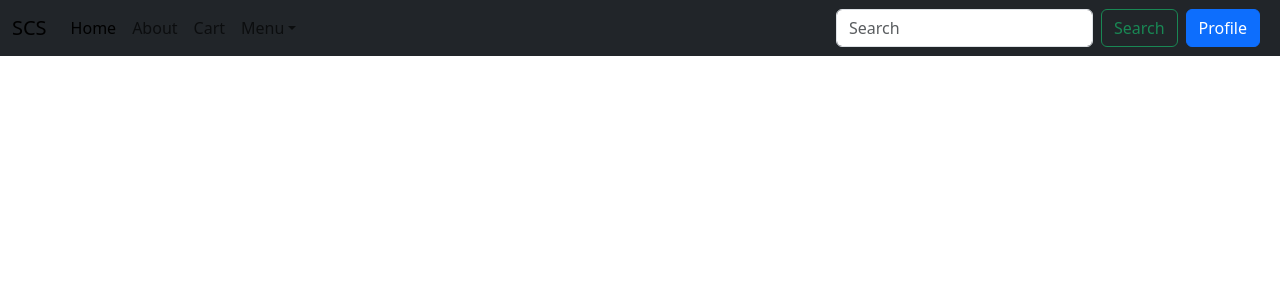
Repository: gitYash03/smart-canteen-system
Page: /
These files come from the project's save history. The page is drawn as it stood at one moment and after the next save; the edit follows.
The browser window is 1280 px wide. The pictures show the whole page.
The project was rebuilt for these pictures with package versions that can differ from the ones it lists, and the page was loaded fresh each time. Also part of the build but not shown: src/App.css.

Above is the page before, as saved 2023-08-09 12:54:04.

### public/index.html
<!DOCTYPE html>
<html lang="en">
  <head>
    <meta charset="utf-8" />
    <link rel="icon" href="%PUBLIC_URL%/favicon.ico" />
    <meta name="viewport" content="width=device-width, initial-scale=1" />
    <meta name="theme-color" content="#000000" />
    <meta
      name="description"
      content="Web site created using create-react-app"
    />
    <link rel="apple-touch-icon" href="%PUBLIC_URL%/logo192.png" />
    <!--
      manifest.json provides metadata used when your web app is installed on a
      user's mobile device or desktop. See https://developers.google.com/web/fundamentals/web-app-manifest/
    -->
    <link rel="manifest" href="%PUBLIC_URL%/manifest.json" />
    <!--
      Notice the use of %PUBLIC_URL% in the tags above.
      It will be replaced with the URL of the `public` folder during the build.
      Only files inside the `public` folder can be referenced from the HTML.

      Unlike "/favicon.ico" or "favicon.ico", "%PUBLIC_URL%/favicon.ico" will
      work correctly both with client-side routing and a non-root public URL.
      Learn how to configure a non-root public URL by running `npm run build`.
    -->
    <title>React App</title>
    <link href="https://cdn.jsdelivr.net/npm/bootstrap@5.3.1/dist/css/bootstrap.min.css" rel="stylesheet" integrity="sha384-4bw+/aepP/YC94hEpVNVgiZdgIC5+VKNBQNGCHeKRQN+PtmoHDEXuppvnDJzQIu9" crossorigin="anonymous">
   </head>
  <script src="https://cdn.jsdelivr.net/npm/bootstrap@5.3.1/dist/js/bootstrap.bundle.min.js" integrity="sha384-HwwvtgBNo3bZJJLYd8oVXjrBZt8cqVSpeBNS5n7C8IVInixGAoxmnlMuBnhbgrkm" crossorigin="anonymous"></script>
  <body>
    <noscript>You need to enable JavaScript to run this app.</noscript>
    <div id="root"></div>
    <!--
      This HTML file is a template.
      If you open it directly in the browser, you will see an empty page.

      You can add webfonts, meta tags, or analytics to this file.
      The build step will place the bundled scripts into the <body> tag.

      To begin the development, run `npm start` or `yarn start`.
      To create a production bundle, use `npm run build` or `yarn build`.
    -->
  </body>
</html>

### src/App.js
import './App.css';
import Navbar from './Components/Navbar';

function App() {
  return (
    <>
    <Navbar></Navbar>

    </>
  );
}

export default App;

### src/Components/Navbar.js
import React from 'react'

export default function Navbar() {
  return (
    <>
    <nav className="navbar navbar-expand-lg navbar-light bg-dark ">
        <div className="container-fluid">
            <a className="navbar-brand" href="/">SCS</a>
            <button className="navbar-toggler" type="button" data-bs-toggle="collapse" data-bs-target="/navbarSupportedContent" aria-controls="navbarSupportedContent" aria-expanded="false" aria-label="Toggle navigation">
            <span className="navbar-toggler-icon"></span>
            </button>
            <div className="collapse navbar-collapse" id="navbarSupportedContent">
            <ul className="navbar-nav me-auto mb-2 mb-lg-0">
                <li className="nav-item">
                <a className="nav-link active" aria-current="page" href="/">Home</a>
                </li>
                <li className="nav-item">
                <a className="nav-link" href="/">About</a>
                </li>
                <li className="nav-item">
                <a className="nav-link" href="/">Cart</a>
                </li>
                <li className="nav-item dropdown">
                <a className="nav-link dropdown-toggle" href="/" role="button" data-bs-toggle="dropdown" aria-expanded="false">
                    Menu
                </a>
                <ul className="dropdown-menu">
                    <li><a className="dropdown-item" href="/">Action</a></li>
                    <li><a className="dropdown-item" href="/">Another action</a></li>
                    <li><a className="dropdown-item" href="/">Something else here</a></li>
                </ul>
                </li>
            </ul>
            <form className="d-flex" role="search">
                <input className="form-control me-2" type="search" placeholder="Search" aria-label="Search"/>
                <button className="btn btn-outline-success" type="submit">Search</button>
            </form>
            <button type="button" className="btn btn-primary position-relative  mx-2">
            Profile
            </button>
            </div>
        </div>
    </nav>
    </>
  )
}

Loaded but not shown: src/index.js (common file); src/reportWebVitals.js (common file); src/index.css (no stored copy; drawn as an empty file)

After the next save:
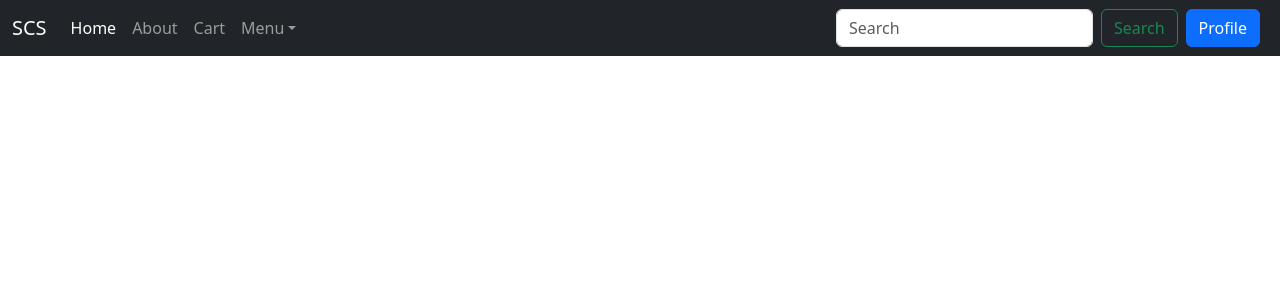
Saved 18 s later.
--- a/src/Components/Navbar.js
+++ b/src/Components/Navbar.js
@@ -3,7 +3,7 @@
 export default function Navbar() {
   return (
     <>
-    <nav className="navbar navbar-expand-lg navbar-light bg-dark ">
+    <nav className="navbar navbar-expand-lg navbar-dark bg-dark ">
         <div className="container-fluid">
             <a className="navbar-brand" href="/">SCS</a>
             <button className="navbar-toggler" type="button" data-bs-toggle="collapse" data-bs-target="/navbarSupportedContent" aria-controls="navbarSupportedContent" aria-expanded="false" aria-label="Toggle navigation">
